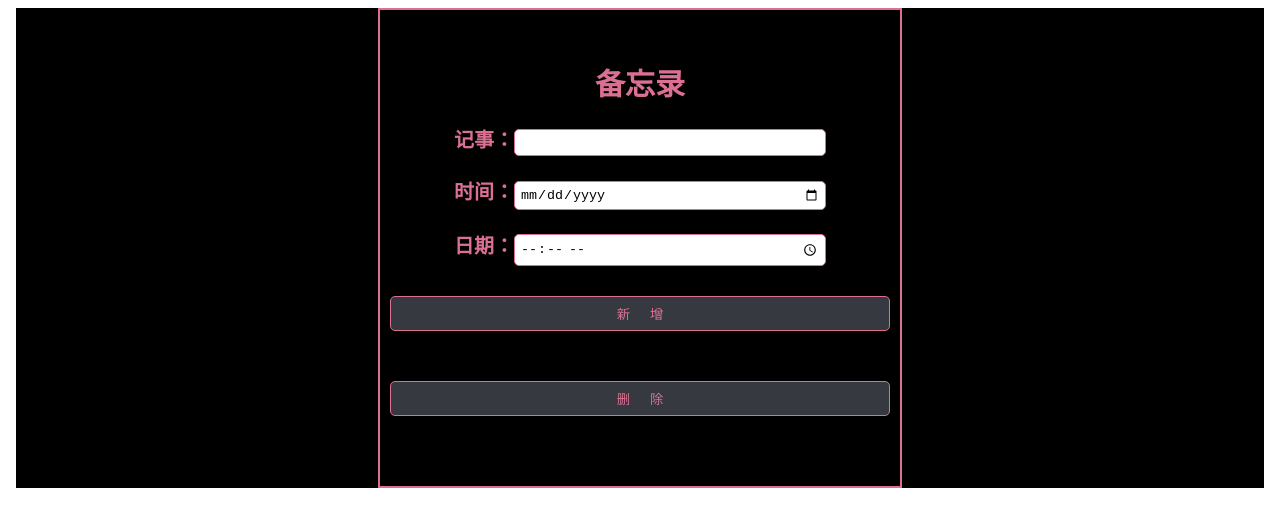
Repository: ErosHai/ReactDemo
Page: /
These files come from the project's save history. The page is drawn as it stood at one moment and after the next save; the edit follows.
The browser window is 1280 px wide. The pictures show the whole page.
The project was rebuilt for these pictures with package versions that can differ from the ones it lists, and the page was loaded fresh each time. Also part of the build but not shown: src/pages/Home/components/Item/index.js.

Above is the page before, as saved 2022-03-17 21:37:54.

After the next save:
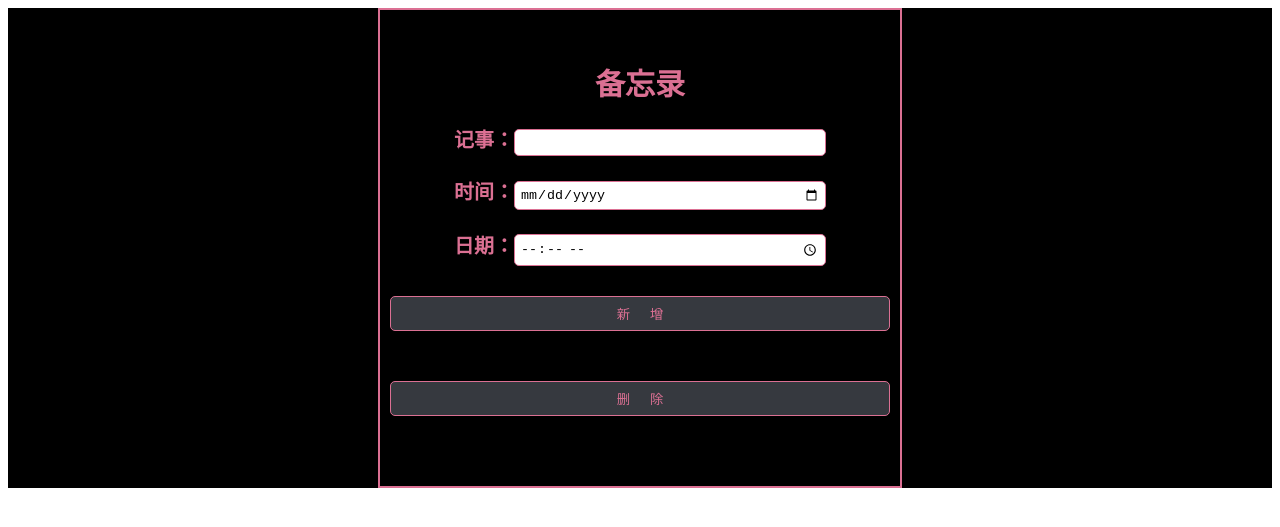
Saved 29 s later.
--- a/src/pages/Home/index.js
+++ b/src/pages/Home/index.js
@@ -13,8 +13,9 @@ const Container = styled.h1`
 	text-align: center;
 	color: palevioletred;
 `
-const Body = styled.body`
+const Body = styled.html`
 	background-color: black;
+  margin
 `
 const Home = () => {
 	const [data, setData] = useState([])
